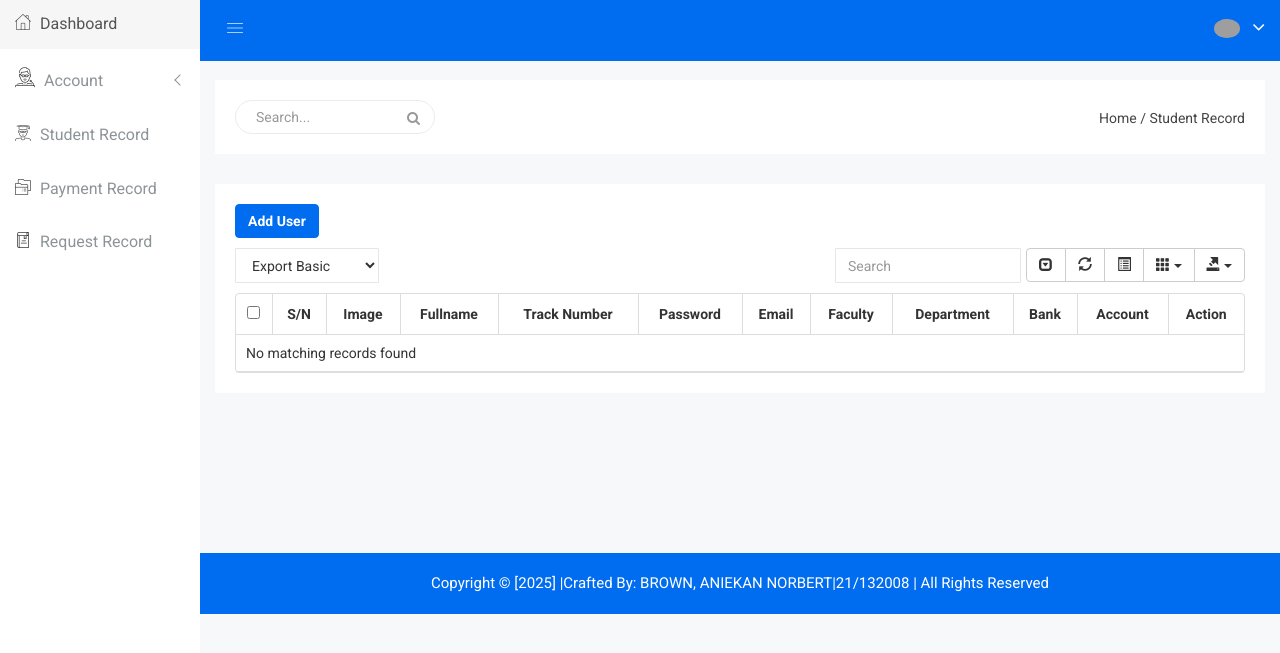
Repository: walterjnr1/crowdfunding-system
Page: http://localhost/crowdfunding/Admin/student_record.php
An editor plug-in stored every save of this project. The page is shown before and after a run of saves, followed by the edit.
The browser window is 1280 px wide. The pictures show the whole page.
Pictures or frames that could not be fetched are drawn as grey boxes. The page is run by PHP 8.4 with error messages shown; the project is at /var/www/html/. The session is filled in as if someone had signed in: {"login_email": "test@example.com", "logged": 1741212879}. Queries for data that is not in the repository find no rows.

Above is the page before, as saved 2025-03-05 23:04:36.
Console error (its wording comes from the project's code and is left out).

After the next 2 saves:
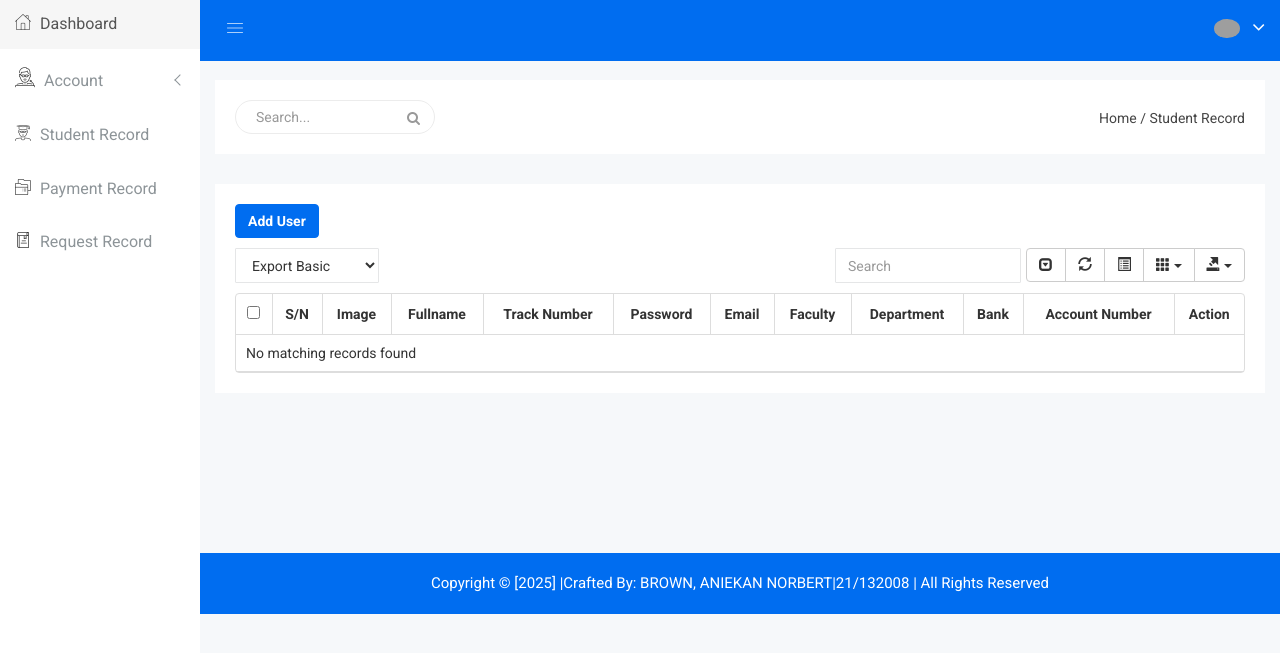
The 2 saves are shown as one change because they came seconds apart.
The last was saved 8 s later.
--- a/Admin/student_record.php
+++ b/Admin/student_record.php
@@ -170,7 +170,7 @@ else {return false;
                                                 <th data-field="role" data-editable="true"><div align="center">Faculty</div></th>
                                                 <th data-field="status" data-editable="true"><div align="center">Department</div></th>
                                                 <th data-field="password" data-editable="true"><div align="center">Bank</div></th>
-                                                <th data-field="password" data-editable="true"><div align="center">Account</div></th>
+                                                <th data-field="password" data-editable="true"><div align="center">Account Number</div></th>
 
                                                 <th data-field="action"><div align="center">Action</div></th>
                                             </tr>
